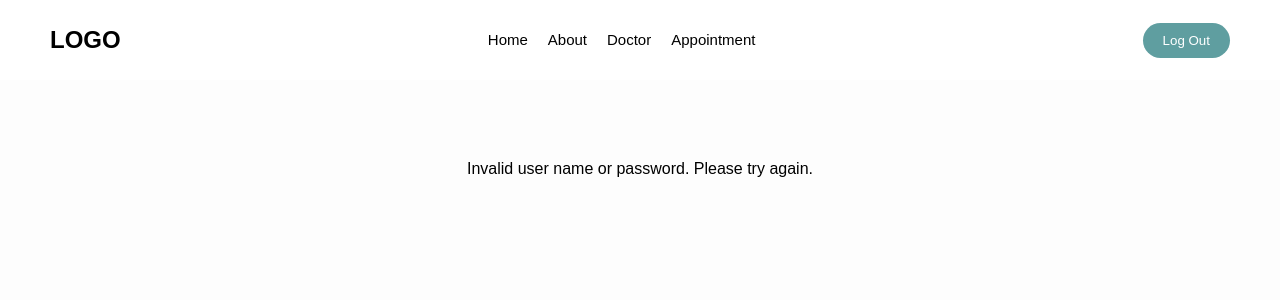
Repository: MonaliWatareka/echanneling
Page: http://localhost/PatientDemo/patientAccount.jsp
An editor plug-in stored every save of this project. The page is shown before and after the next save, followed by the edit.
The browser window is 1280 px wide. The pictures show the whole page.
The page is served by Tomcat 10. Other server files are loaded and not shown. The template is opened directly, without the code that normally fills it, so the values that code supplies are empty.

Above is the page before, as saved 2024-10-13 04:09:35.

### Project/PatientDemo/src/main/webapp/patientAccount.jsp
<%@ page language="java" contentType="text/html; charset=UTF-8" pageEncoding="UTF-8"%>
<%@ taglib uri="http://java.sun.com/jsp/jstl/core" prefix="c" %>
<!DOCTYPE html>
<html lang="en">
<head>
    <meta charset="UTF-8">
    <meta name="viewport" content="width=device-width, initial-scale=1.0">
    <title>Patient Profile</title>
    <link rel="stylesheet" href="${pageContext.request.contextPath}/css/login.css">
    <link rel="stylesheet" href="https://cdnjs.cloudflare.com/ajax/libs/font-awesome/6.0.0-beta3/css/all.min.css">


    <script>


    </script>

</head>
<body>
 <!-- Navigation Bar -->
    <div class="nav">
        <div class="nav-logo">
            <p>LOGO</p>
        </div>
        <div class="nav-menu">
            <ul>
                <li><a href="#" class="link ">Home</a></li>
                <li><a href="#" class="link">About</a></li>
                <li><a href="#" class="link">Doctor</a></li>
                <li><a href="#" class="link">Appointment</a></li>


            </ul>

        </div>

        <div class="nav-button">

                    <form action="logoutServlet" method="get">
                        <button type="submit" class="btn">Log Out</button>
                    </form>
                </div>

    </div>


    <div class="wrapper">
        <c:forEach var="patient" items="${patientDetails}">
            <c:set var="id" value="${patient.patientID}" />
            <c:set var="fname" value="${patient.patientFName}" />
            <c:set var="lname" value="${patient.patientLName}" />
            <c:set var="phone" value="${patient.patientPhone}" />
            <c:set var="dob" value="${patient.patientDOB}" />
            <c:set var="email" value="${patient.patientEmail}" />
            <c:set var="password" value="${patient.patientPassword}" />

            <div class="form-box">
                <div class="form-container">
                    <header>Patient Profile</header>
                    <div class="input-box">
                        <label>Patient ID</label>
                        <input type="text" class="input-field" value="${patient.patientID}" readonly>
                    </div>

                    <div class="input-box">
                        <label>First Name</label>
                        <input type="text" class="input-field" value="${patient.patientFName}" required>
                    </div>

                    <div class="input-box">
                        <label>Last Name</label>
                        <input type="text" class="input-field" value="${patient.patientLName}" readonly>
                    </div>

                    <div class="input-box">
                        <label>Phone</label>
                        <input type="text" class="input-field" value="${patient.patientPhone}" readonly>
                    </div>

                    <div class="input-box">
                        <label>Date of Birth</label>
                        <input type="text" class="input-field" value="${patient.patientDOB}" readonly>
                    </div>

                    <div class="input-box">
                        <label>Email</label>
                        <input type="text" class="input-field" value="${patient.patientEmail}" readonly>
                    </div>

                    <div class="input-box">
                        <label>Password</label>
                        <input type="text" class="input-field" value="${patient.patientPassword}" readonly>
                    </div>

                    <c:url value="patientAccountUpdate.jsp" var="profileUpdate">
                        <c:param name="id" value="${id}" />
                        <c:param name="fname" value="${fname}" />
                        <c:param name="lname" value="${lname}" />
                        <c:param name="phone" value="${phone}" />
                        <c:param name="dob" value="${dob}" />
                        <c:param name="email" value="${email}" />
                        <c:param name="password" value="${password}" />
                    </c:url>

                    <div class="input-box">
                        <a href="${profileUpdate}">
                            <input type="button" class="submit" value="Update">
                        </a>
                    </div>

                    <c:url value="patientAccountDelete.jsp" var="profileDelete">
                        <c:param name="id" value="${id}" />
                        <c:param name="fname" value="${fname}" />
                        <c:param name="lname" value="${lname}" />
                        <c:param name="phone" value="${phone}" />
                        <c:param name="dob" value="${dob}" />
                        <c:param name="email" value="${email}" />
                        <c:param name="password" value="${password}" />
                    </c:url>

                    <div class="input-box">
                        <a href="${profileDelete}">
                            <input type="button" class="submit" value="Delete">
                        </a>
                    </div>
                </div>
            </div>
        </c:forEach>
    </div>

    <c:if test="${empty patientDetails}">
        <p>Invalid user name or password. Please try again.</p>
    </c:if>

</body>
</html>

### Project/PatientDemo/src/main/webapp/css/login.css

* {
    margin: 0;
    padding: 0;
    box-sizing: border-box;
    font-family: 'Arial', sans-serif;
}

body {

    background-color: #fdfdfd;
    display: flex;
    flex-direction: column;
    justify-content: flex-start;
    align-items: center;
    height: 100vh;
}

/* Navigation Bar */
.nav {
    width: 100%;
    height: 80px;
    background:rgb(255, 255, 255);
    display: flex;
    justify-content: space-between;
    align-items: center;
    padding: 0 50px;
    position: fixed;
    top: 0;
    left: 0;
    z-index: 100;
}

.nav-logo p {
    color: #000000;
    font-size: 24px;
    font-weight: bold;
}

.nav-menu ul {
    list-style: none;
    display: flex;
}

.nav-menu ul li {
    margin-right: 20px;
}

.nav-menu ul li a {
    color: #000000;
    text-decoration: none;
    font-size: 15px;
    transition: color 0.3s ease;
}

.nav-menu ul li a:hover,
.nav-menu ul li a.active {
    color:cadetblue;
}

.nav-button .btn {
    background-color: cadetblue;
    color: #fff;
    padding: 10px 20px;
    border: none;
    cursor: pointer;
    border-radius: 30px;
    transition: background-color 0.3s ease;
}

.nav-button .btn:hover {
    background-color: lightblue;
}

/* Wrapper and Form Styles */
.wrapper {

    width: 90%;
    max-width: 400px;
    padding: 20px;
    border: none;
    position: relative;
    margin-top: 120px;
    display: flex;
    justify-content: center;
    align-items: center;
    flex-direction: column;

}

.form-box {
    width: 500px;
    position: relative;

}

header {
    font-size: 20px;
    margin-top: 10px;
    font-weight: bold;
    margin-bottom: 20px;
    text-align: center;
}
label{
    font-size: 12px;
    margin-left: 10px;

}
.input-box {
    position: relative;

    margin-bottom: 20px;
}

.input-box i {
    position: absolute;
    left: 10px;
    top: 20px;
    color: #888;
}

.input-field {
    width: 95%;
    margin-top: 10px;
    padding: 10px 40px;
    border: 1px solid #ddd;
    border-radius: 25px;
    font-size: 14px;
}

.submit {
    width: 100%;
    padding: 10px;
    background-color: cadetblue;
    color: #fff;
    border: none;
    border-radius: 25px;
    cursor: pointer;
    font-size: 14px;
    transition: background-color 0.3s ease;
}

.submit:hover {
    background-color: lightblue;
}

.login-container,
.register-container {
    display: none;
    position: absolute;
    width: 100%;
    border: cadetblue solid;
    border-radius: 25px;
    padding: 20px;
    box-shadow: 8px 8px rgba(0, 0, 0, 0.1);

}
.form-container{

    width: 100%;
    max-width: 500px;
    margin: 0 auto;
    border: cadetblue solid;

    padding: 20px;
    box-shadow: 8px 8px rgba(0, 0, 0, 0.1);
    display: flex;
    flex-direction: column;
    padding: 0 10px;

}


.login-container.active,
.register-container.active {
    display: block;

}
.input-box select.input-field {
    padding: 10px 40px;
    -webkit-appearance: none; /* Remove default dropdown arrow appearance in WebKit browsers */
    -moz-appearance: none; /* Remove default dropdown arrow appearance in Mozilla browsers */
    appearance: none; /* Remove default dropdown arrow appearance in all browsers */
}
span {

    font-size: 20px;
    display: block;
    margin-bottom: 20px;
    text-align: center;
}

span a {
    color: cadetblue;
    cursor: pointer;
    text-decoration: none;
}

span a:hover {
    text-decoration: underline;
}

@media (max-width: 768px) {
    .nav {
        padding: 0 20px; /* Reduced padding for smaller screens */
        height: 60px; /* Adjusted height */
    }

    .nav-logo p {
        font-size: 20px; /* Smaller font size for logo */
    }

    .nav-menu ul li {
        margin-right: 10px; /* Reduced margin for menu items */
    }

    .nav-menu ul li a {
        font-size: 10px; /* Smaller font size for links */
    }

    .wrapper {
        width: 90%;
        margin-top: 100px; /* Adjust margin to fit screen */
    }

    header {
        font-size: 24px; /* Smaller font size for header */
    }

    .input-field {
        font-size: 14px; /* Smaller font size for input fields */
    }

    .submit {
        font-size: 14px; /* Smaller font size for submit button */
    }

    span {
        font-size: 15x; /* Smaller font size for span */
    }
}

@media (max-width: 480px) {
    .nav {
        padding: 0 10px; /* Further reduced padding for very small screens */
        height: 50px; /* Adjusted height */
    }

    .nav-logo p {
        font-size: 18px; /* Even smaller font size for logo */
    }

    .nav-menu ul li {
        margin-right: 5px; /* Further reduced margin for menu items */
    }

    .nav-menu ul li a {
        font-size: 8px; /* Even smaller font size for links */
    }

    .wrapper {
        margin-top: 80px; /* Further adjusted margin */
    }

    header {
        font-size: 20px; /* Smaller font size for header */
    }

    .input-field {
        font-size: 12px; /* Smaller font size for input fields */
    }

    .submit {
        font-size: 12px; /* Smaller font size for submit button */
    }

    span {
        font-size: 18px; /* Smaller font size for span */
    }
}

After the next save:
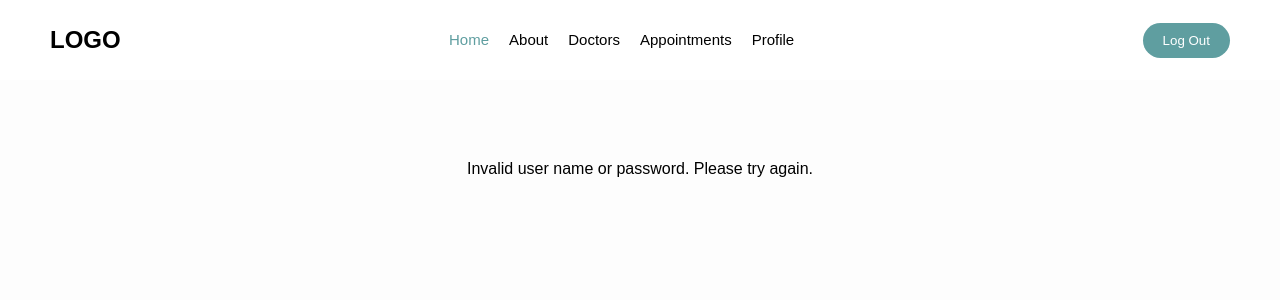
Saved 31 s later.
--- a/Project/PatientDemo/src/main/webapp/patientAccount.jsp
+++ b/Project/PatientDemo/src/main/webapp/patientAccount.jsp
@@ -24,10 +24,11 @@
         </div>
         <div class="nav-menu">
             <ul>
-                <li><a href="#" class="link ">Home</a></li>
-                <li><a href="#" class="link">About</a></li>
-                <li><a href="#" class="link">Doctor</a></li>
-                <li><a href="#" class="link">Appointment</a></li>
+                <li><a href="#" class="link active" >Home</a></li>
+                    <li><a href="About.jsp" class="link ">About</a></li>
+                    <li><a href="AvailabilityDisplayServlet" class="link ">Doctors</a></li>
+                    <li><a href="#" class="link ">Appointments</a></li>
+                    <li><a href="PatientAccServlet" class="link ">Profile</a></li>
 
 
             </ul>
